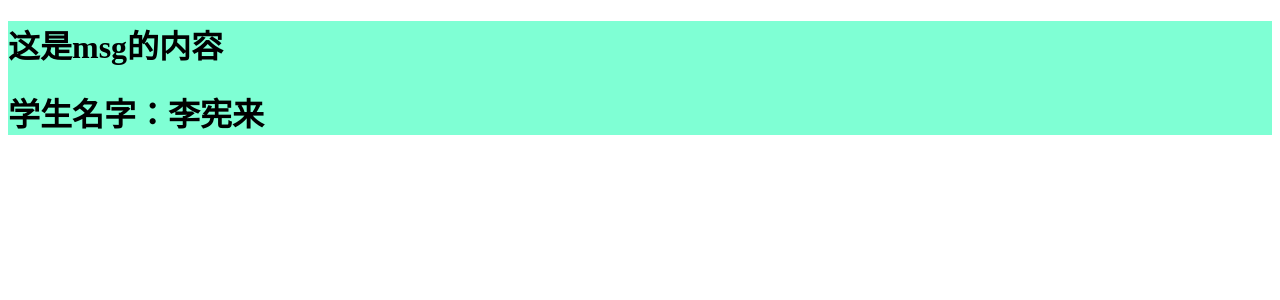
Repository: Lixianlai-2/The-journey-of-learning-Vue
Page: / (app in afterVueCli/Vue_Test/)
The author's editor kept a copy of each file at every save. The page is drawn from the files as they stood at one save, then again after the next save.
The browser window is 1280 px wide. The pictures show the whole page.
The project was rebuilt for these pictures with package versions that can differ from the ones it lists, and the page was loaded fresh each time.

Above is the page before, as saved 2022-04-11 10:53:39.

After the next save:
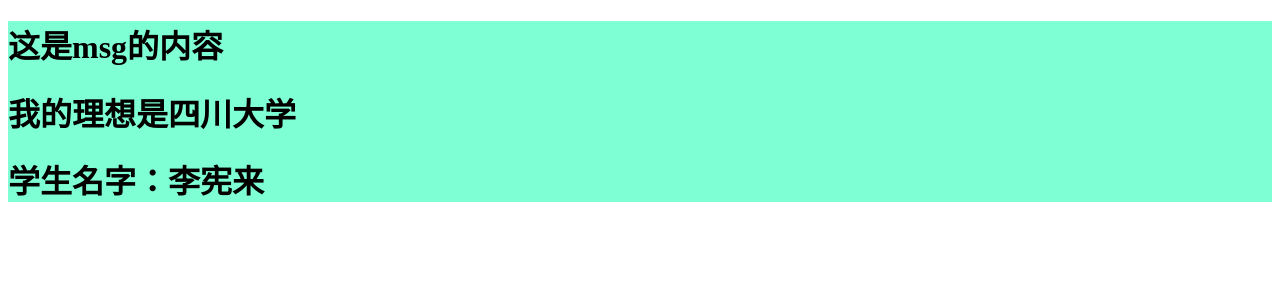
Saved 78 s later.
--- a/afterVueCli/Vue_Test/src/components/student.vue
+++ b/afterVueCli/Vue_Test/src/components/student.vue
@@ -1,5 +1,6 @@
 <template>
   <div>
+    <h1>我的理想是{{ msg }}</h1>
     <h1>学生名字：{{ studentName }}</h1>
   </div>
 </template>
@@ -8,6 +9,7 @@
 export default {
   data() {
     return {
+      msg: "四川大学",
       studentName: "李宪来",
     };
   },
